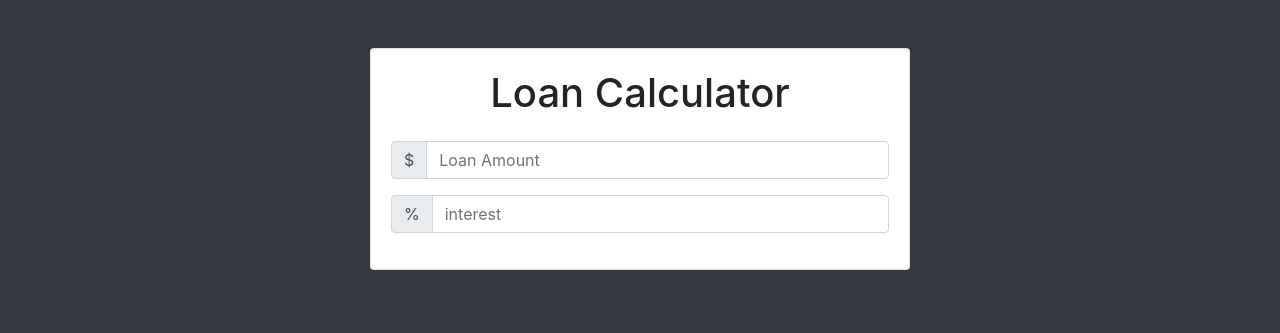
Repository: varun-project/LearningJs
Page: index.html
The author's editor kept a copy of each file at every save. The page is drawn from the files as they stood at one save, then again after the next save.
The browser window is 1280 px wide. The pictures show the whole page.

Above is the page before, as saved 2019-07-28 17:01:57.

After the next save:
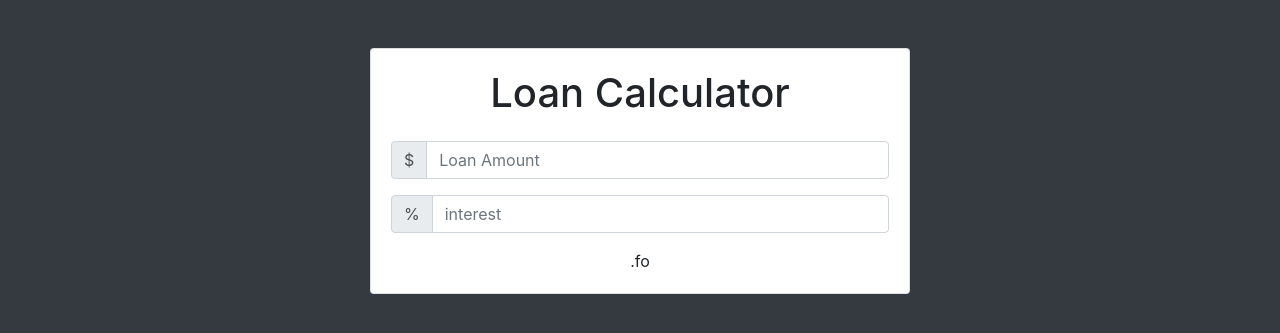
Saved 9 s later.
--- a/index.html
+++ b/index.html
@@ -51,7 +51,7 @@
                     />
                   </div>
                 </div>
-
+              .fo
 
             </form>
           </div>

After the 3 saves that followed:
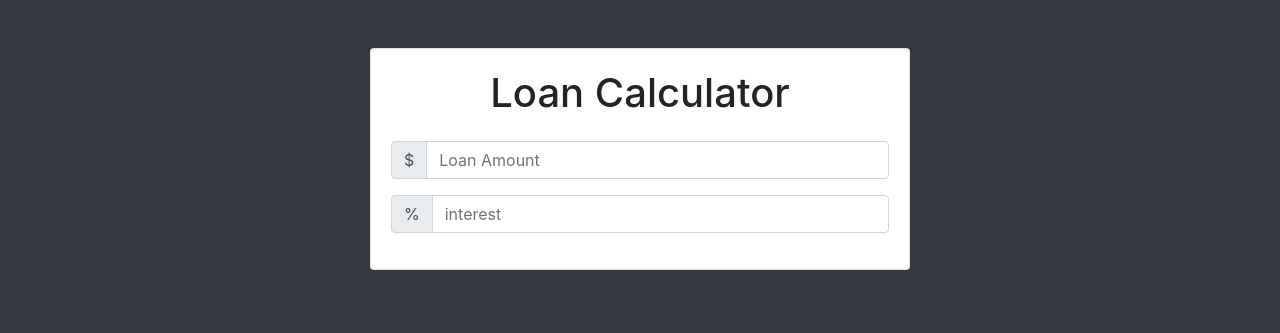
The 3 saves are shown as one change because they came seconds apart.
The last was saved 12 s later.
--- a/index.html
+++ b/index.html
@@ -51,7 +51,9 @@
                     />
                   </div>
                 </div>
-              .fo
+              <div class="form-group">
+
+              </div>
 
             </form>
           </div>
